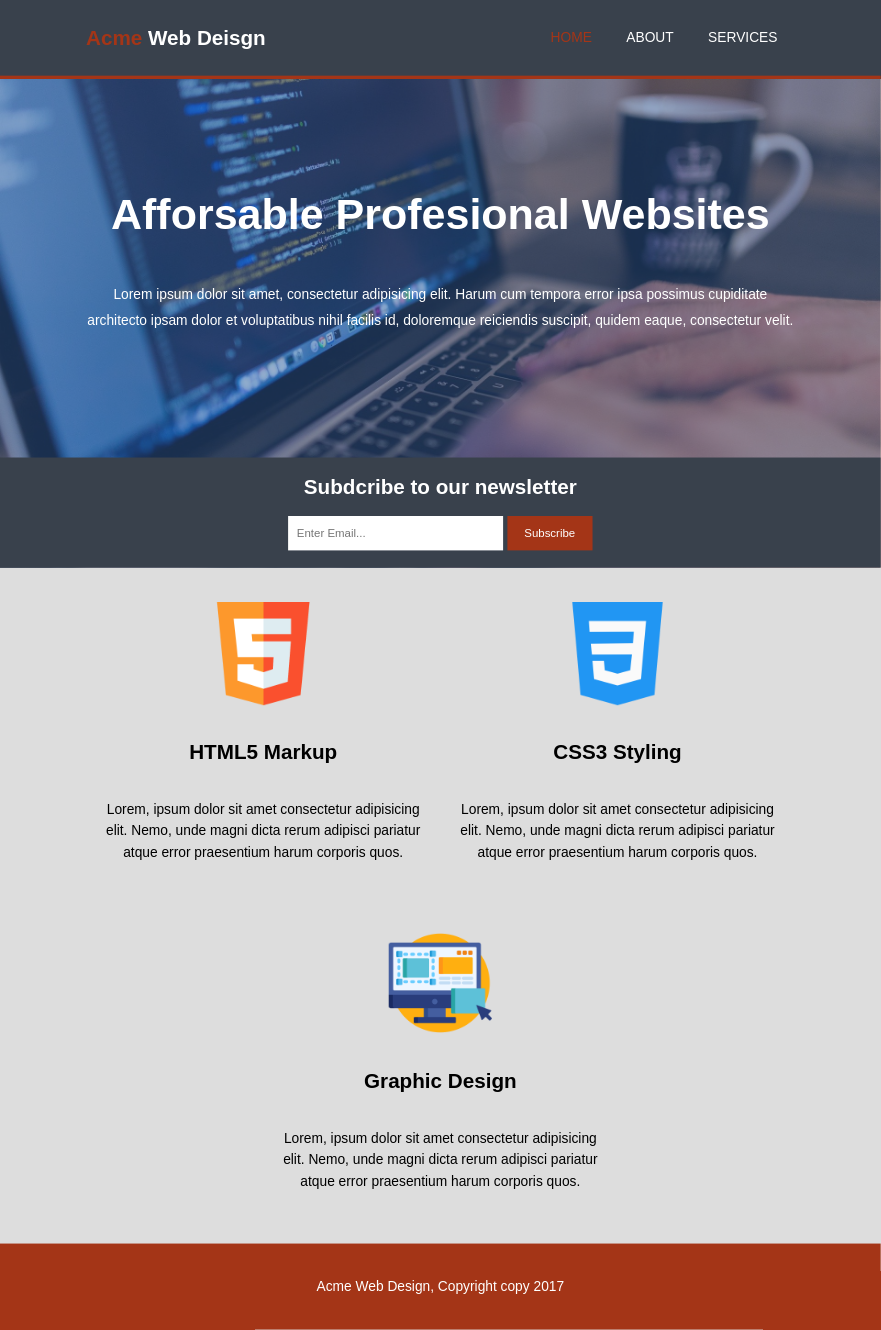
Repository: pawelczubak/Test-pages
Page: index.html
These files come from the project's save history. The page is drawn as it stood at one moment and after the next save; the edit follows.
The browser window is 1024 px wide. The pictures show the whole page, at 86% of full size.
Backgrounds fixed to the window are drawn as part of the page. Some web libraries are served in a nearby version.

Above is the page before, as saved 2020-04-25 19:40:41.

### index.html
<!DOCTYPE html>
<html lang="pl">

<head>
    <meta charset="UTF-8">
    <title>Document</title>
    <meta name="viewport" content="width=device-width, initial-scale=1.0">
    <link href="https://fonts.googleapis.com/css2?family=Josefin+Sans&display=swap" rel="stylesheet">
    <script src="https://kit.fontawesome.com/f64caa1a2c.js" crossorigin="anonymous"></script>
    <link rel="stylesheet" href="main.css">
</head>

<body>
    <nav class="nav">
        <div class="nav__container">
            <h1 class="nav__logo">
                <spam class="nav__logo-color">Acme</spam> Web Deisgn
            </h1>
            <ul class="nav__list">
                <li class="nav__item"><a href="#" class="nav__link nav__link--active">Home</a></li>
                <li class="nav__item"><a href="#" class="nav__link">About</a></li>
                <li class="nav__item"><a href="#" class="nav__link">Services</a></li>
            </ul>
        </div>
    </nav>
    <header class="header">
        <section class="header__container">
            <h2 class="header__motto">
                <p>Afforsable Profesional Websites</p>
            </h2>
            <p class="header__description">Lorem ipsum dolor sit amet, consectetur adipisicing elit. Harum cum tempora
                error ipsa possimus cupiditate architecto ipsam dolor et voluptatibus nihil facilis id, doloremque
                reiciendis suscipit, quidem eaque, consectetur velit.</p>
        </section>
        <section class="subscribe-bar">
            <div class="subscribe-bar__container">
                <h2 class="subscribe-bar__description">Subdcribe to our newsletter</h2>
                <form action="GET" class="subscribe-bar__form">
                    <input placeholder="Enter Email..." type="email" name="email" required class="subscribe-bar__input"
                        autocomplete="off" />
                    <button class="subscribe-bar__button" formenctype="multipart/form-data"
                        type="submit">Subscribe</button>
                </form>
            </div>

        </section>
    </header>
    <main class="main__container">
        <article class="article">
            <img class="article__img" src="img/html5.png" alt="HTML5 logo">
            <h2 class="article__title">HTML5 Markup</h2>
            <p class="article__description">Lorem, ipsum dolor sit amet consectetur adipisicing elit. Nemo, unde magni
                dicta rerum adipisci pariatur atque error praesentium harum corporis quos.</p>
        </article>
        <article class="article">
            <img class="article__img" src="img/css.png" alt="CSS3 logo">
            <h2 class="article__title">CSS3 Styling</h2>
            <p class="article__description">Lorem, ipsum dolor sit amet consectetur adipisicing elit. Nemo, unde magni
                dicta rerum adipisci pariatur atque error praesentium harum corporis quos.</p>
        </article>
        <article class="article">
            <img class="article__img" src="img/design.png" alt="deisgn logo">
            <h2 class="article__title">Graphic Design</h2>
            <p class="article__description">Lorem, ipsum dolor sit amet consectetur adipisicing elit. Nemo, unde magni
                dicta rerum adipisci pariatur atque error praesentium harum corporis quos.</p>
        </article>
    </main>
    <footer class="footer">
        <p class="footer__description">Acme Web Design, Copyright copy 2017</p>
    </footer>
</body>

</html>

### main.css
*,
*::before,
*::after {
    margin: 0;
    padding: 0;
    box-sizing: border-box;
    list-style: none;
    text-decoration: none;

}

/*Gobal*/
body {
    background: #dddddd;
    font-family: sans-serif;
    color: #ffffff;
    width: 100vw;
    overflow-x: hidden;
}

/*--------   nav  --------*/
.nav {
    position: fixed;
    width: 100%;
    top: 0;
    left: 0;
    background: #39414c;
    border-bottom: 4px solid #a43517;
    z-index: 4;
}

.nav__container {
    display: flex;
    justify-content: space-between;
    align-items: center;
    max-width: 1600px;
    padding: 30px 100px;
    margin: auto;
}



.nav__logo-color {
    color: #a43517;
}

.nav__list {
    display: flex;
}

.nav__item {
    padding: 0 20px;
}

.nav__link {
    text-transform: uppercase;
    color: #ffffff;
}

.nav__link--active {
    color: #a43517;
}

.nav__link:hover {
    color: #a43517;
}

/*---------   header   ----------*/

.header {
    margin-top: 90px;
    position: relative;
    background: center / cover url(img/header-bg.jpg);
    background-attachment: fixed;
    height: 550px;

}

.header::before {
    position: absolute;
    content: "";
    top: 0;
    left: 0;
    height: 100%;
    width: 100%;
    background-color: rgba(50, 95, 156, .5);
    z-index: 1;
}


.header__container {
    position: absolute;
    max-width: 1600px;
    top: 0;
    left: 50%;
    margin-right: -50%;
    transform: translateX(-50%);
    z-index: 2;


}

.header__motto {
    max-width: 1600px;
    display: block;
    font-size: 50px;
    text-align: center;
    padding: 130px 0 50px;

}

.header__description {
    padding-bottom: 200px;
    line-height: 30px;
    text-align: center;
    margin: 0 100px;
}

.subscribe-bar {
    position: absolute;
    bottom: 0;
    left: 0;
    z-index: 2;
    background: #39414c;
    width: 100%;

}

.subscribe-bar__container {
    display: flex;
    max-width: 1600px;
    margin: auto;
    padding: 30px 100px;
    justify-content: space-between;
    align-items: center;
}






.subscribe-bar__input {
    height: 40px;
    width: 400px;
    border: none;
    padding-left: 10px;
}

.subscribe-bar__button {
    background-color: #a43517;
    border: none;
    color: #ffffff;
    padding: 0 20px;
    line-height: 40px;
}

.subscribe-bar__button:hover {
    background: #b94929;
}

/*---------   main   ----------*/

.main__container {
    display: flex;
    max-width: 1600px;
    padding: 0 100px;
    margin: auto;
    justify-content: space-around;
}

.article {
    display: flex;
    flex-direction: column;
    align-items: center;
    color: #000000;
}

.article__img {
    height: 200px;
    padding: 40px 0;
}



.article__description {
    padding: 40px 10px;
    line-height: 25px;
    width: 400px;
    text-align: center;
}

/*---------   footer   ----------*/

.footer {
    width: 100%;
    margin-top: 20px;
    background: #a43517;
}

.footer__description {
    text-align: center;
    line-height: 100px;
}

/*---------   madia query   ----------*/

@media only screen and (max-width: 1200px) {

    /*---------   header   ----------*/
    .header {
        height: 570px;
    }

    /*---------   header   ----------*/
    .subscribe-bar__container {
        flex-direction: column;
        padding: 20px;
        20px 30px 20px;
    }

    .subscribe-bar__description {
        padding-bottom: 20px;
    }

    .subscribe-bar__input {
        width: 250px;
    }

    /*---------   main   ----------*/
    .main__container {
        flex-flow: wrap;
    }
}

@media only screen and (max-width: 800px) {

    /*--------   nav  ------*/
    .nav__container {
        flex-direction: column;
        padding: 20px 0;
    }

    .nav__logo {
        padding-bottom: 20px;
    }

    /*---------   header   ----------*/
    .header {
        height: 600px;
        margin-top: 110px;
    }

    .header__motto {
        font-size: 30px;

        padding: 90px 10px 40px 10px;

    }

    .header__description {
        margin: 0 10px;
    }
}

@media only screen and (max-width: 400px) {
    /*---------   header   ----------*/

    .subscribe-bar__input {

        width: 90vw;

    }

    .subscribe-bar__button {
        width: 90vw;
    }

    /*---------   main   ----------*/
    .article__description {
        padding: 40px 10px;

        width: 90vw;

    }
}

@media only screen and (max-width: 400px) {

    /*---------   header   ----------*/
    .header {
        height: 650px;
    }

    .subscribe-bar__description {
        font-size: 20px;
    }
}

After the next save:
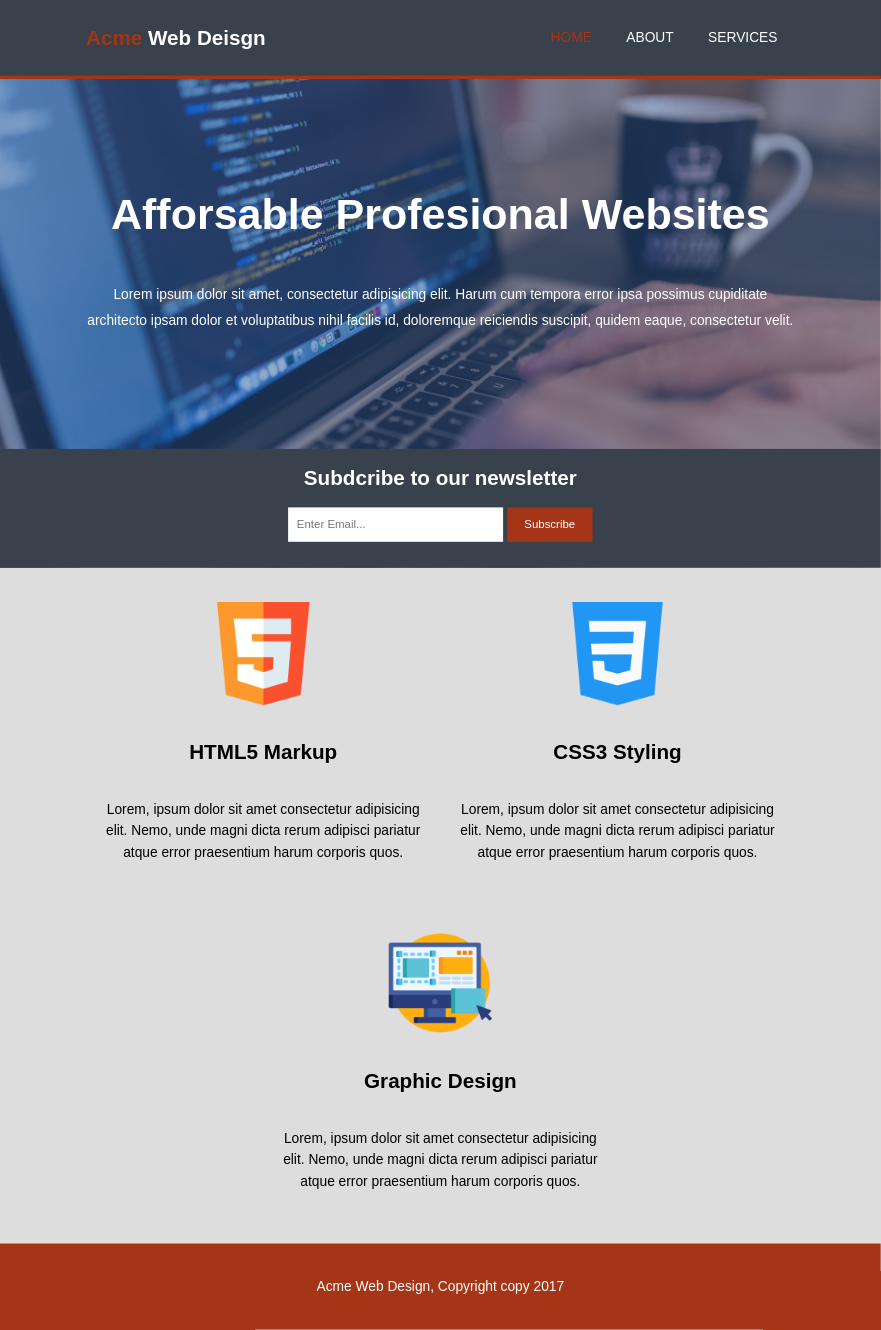
Saved 3 min 11 s later.
--- a/main.css
+++ b/main.css
@@ -215,8 +215,7 @@ body {
     /*---------   header   ----------*/
     .subscribe-bar__container {
         flex-direction: column;
-        padding: 20px;
-        20px 30px 20px;
+        padding: 20px 20px 30px 20px;
     }
 
     .subscribe-bar__description {
